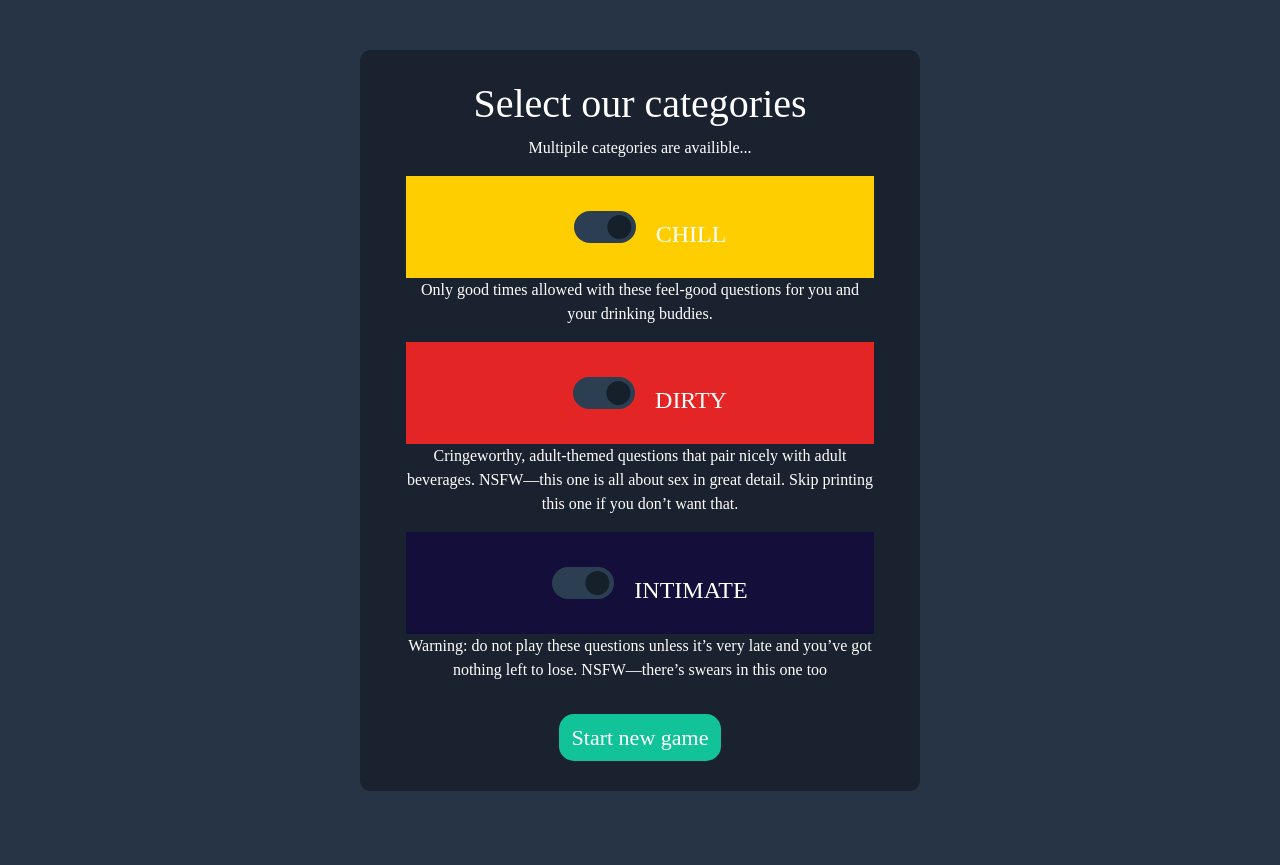
Repository: RafaelAshurov/TruthOrDrink
Page: /chose-your-categories
An editor plug-in stored every save of this project. The page is shown before and after the next save, followed by the edit.
The browser window is 1280 px wide. The pictures show the whole page.
Some web fonts or font styles are not loaded; a fallback is used. The project was rebuilt for these pictures with package versions that can differ from the ones it lists, and the page was loaded fresh each time. Also part of the build but not shown: src/views/StartGame.vue, src/views/QuestionsPage.vue.

Above is the page before, as saved 2020-10-10 21:14:12.

After the next save:
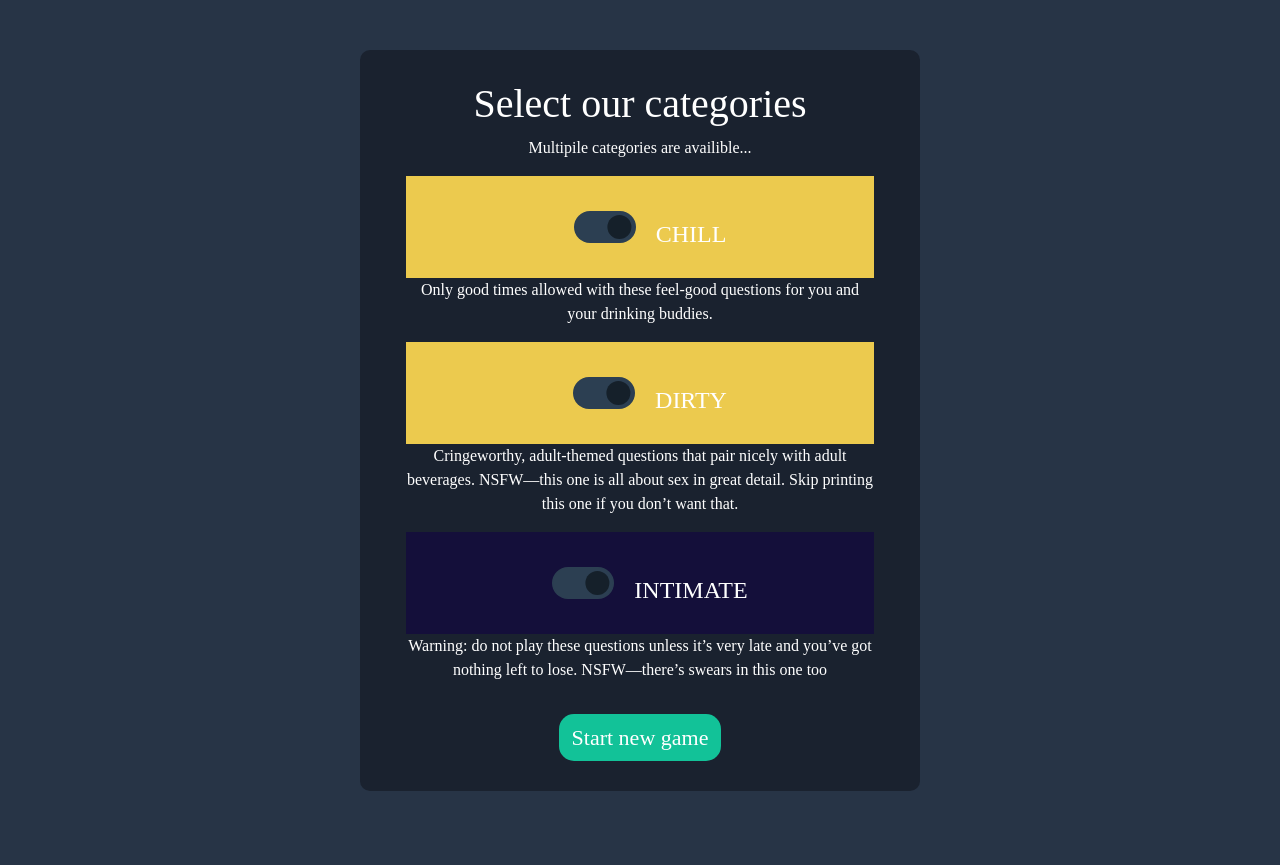
Saved 3 min 37 s later.
--- a/src/views/CategorySelect.vue
+++ b/src/views/CategorySelect.vue
@@ -73,7 +73,7 @@
                         categoryObj = {
                             id: 1,
                             name: categoryName,
-                            color: "#ffce00",
+                            color: "#ecca4e",
                             description:
                                 "Only good times allowed with these feel-good questions for you and your drinking buddies. "
                         };
@@ -82,7 +82,7 @@
                         categoryObj = {
                             id: 2,
                             name: categoryName,
-                            color: "#e32526",
+                            color: "#ecca4e",
                             description:
                                 "Cringeworthy, adult-themed questions that pair nicely with adult beverages. NSFW—this one is all about sex in great detail. Skip printing this one if you don’t want that."
                         };
